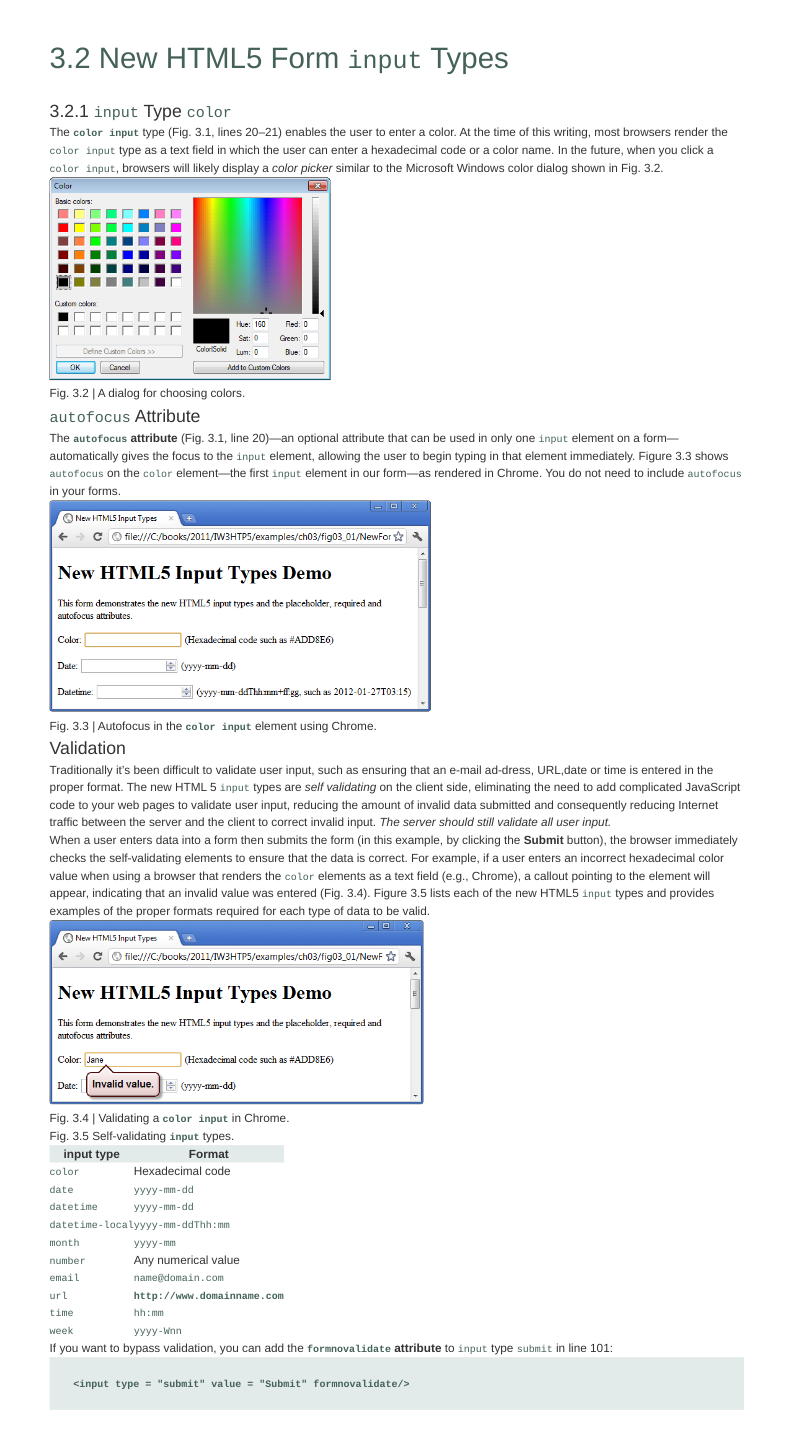
Repository: mlmEFSC21/P4-Textbook-Copy
Page: index.html
The author's editor kept a copy of each file at every save. The page is drawn from the files as they stood at one save, then again after the next save.
The browser window is 1280 px wide. The pictures show the whole page, at 62% of full size.

Above is the page before, as saved 2022-02-03 17:19:04.

After the next save:
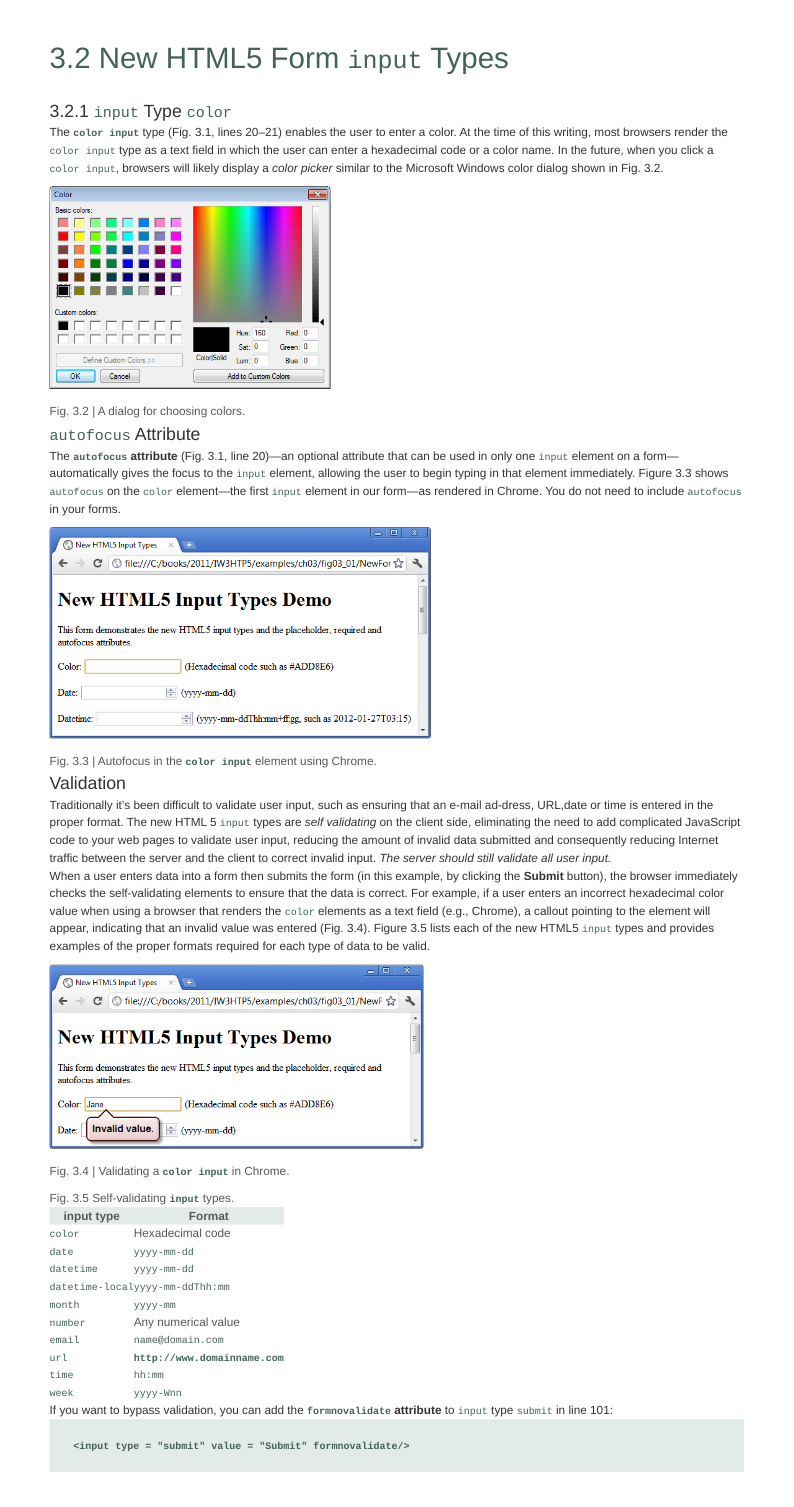
Saved 7 min 24 s later.
--- a/bookStyles.css
+++ b/bookStyles.css
@@ -42,6 +42,12 @@ h1,
 code {
     color: var(--clr-font-code);
 }
+figure,
+figcaption {
+    margin-top: 0.75em;
+    color: #585858;
+    font-weight: 300;
+}
 code {
     font-family: Courier, "Courier New", monospace;
     font-size: 0.85em;
